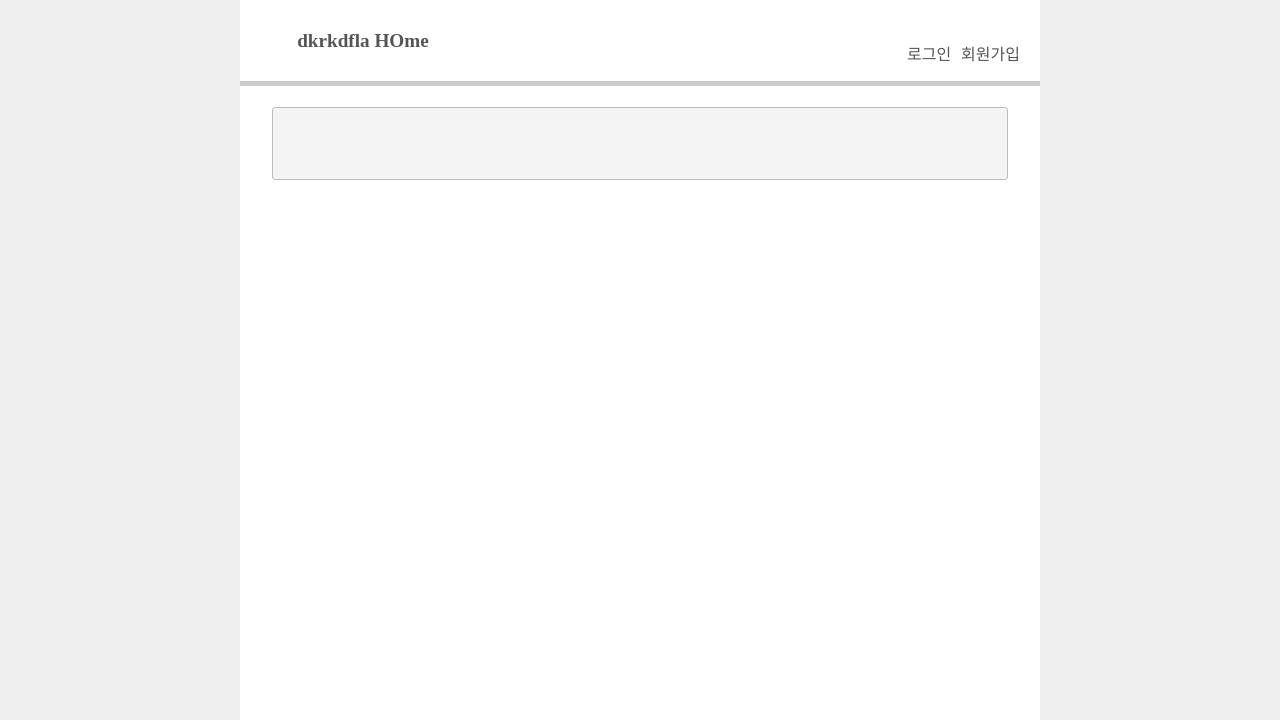
Repository: Dusajang/JSPClass
Page: http://localhost/jspPro/days03/ex02.jsp
The author's editor kept a copy of each file at every save. The page is drawn from the files as they stood at one save, then again after the next save.
The browser window is 1280 px wide. The pictures show the whole page.
Some web fonts or font styles are not loaded; a fallback is used. The page is served by Tomcat 9. Other server files are loaded and not shown.

Above is the page before, as saved 2024-10-17 01:32:17.

### jspPro/src/main/webapp/days03/ex02.jsp
<%@ page contentType="text/html; charset=UTF-8" pageEncoding="UTF-8"%>
<!DOCTYPE html>
<html>
<head>
<meta charset="UTF-8">
<title>Insert title here</title>
<link rel="shortcut icon" type="image/x-icon" href="http://localhost/jspPro/images/SiSt.ico">
<script src="https://ajax.googleapis.com/ajax/libs/jquery/3.7.1/jquery.min.js"></script>
<meta name="viewport" content="width=device-width, initial-scale=1.0">
<meta name="google" content="notranslate">
<link rel="stylesheet" href="http://localhost/jspPro/resources/cdn-main/example.css">
<script src="http://localhost/jspPro/resources/cdn-main/example.js"></script>
<style>
 span.material-symbols-outlined{
    vertical-align: text-bottom;
 }
</style>
</head>
<body>
<header>
  <h1 class="main"><a href="#" style="position: absolute;top:30px;">dkrkdfla HOme</a></h1>
  <ul>
    <li><a href="#">로그인</a></li>
    <li><a href="#">회원가입</a></li>
  </ul>
</header>
<div>
  <xmp class="code">

  </xmp>
</div>
</body>
</html>

### jspPro/src/main/webapp/resources/cdn-main/example.css
@charset "UTF-8";

@import url('https://fonts.googleapis.com/css2?family=Material+Symbols+Outlined:opsz,wght,FILL,GRAD@20..48,100..700,0..1,-50..200');

@font-face {
    font-family: 'GmarketSansMedium';
    src: url('https://cdn.jsdelivr.net/gh/projectnoonnu/noonfonts_2001@1.1/GmarketSansMedium.woff') format('woff');
    font-weight: normal;
    font-style: normal;
}

:root {
	--text-color: #555;
	--sub-text-color: #777;
	--back-color: #EFEFEF;
	--header-color: #444;
	--primary-color: #DEDEDE;
	--secondary-color: #EFEFEF;
	--default-width: 800px;
	--narrow-width: 500px;
	--wide-width: 1200px;
	--text-font: 'GmarketSansMedium';
	--icon-font: 'Material Symbols Outlined';
	--border-color: #CCC;
}

html, body {
	margin: 0;
	padding: 0;
}

html {
	background-color: var(--back-color);
	display: flex;
	justify-content: center;
	min-height: 100vh;
}

body, body.default {
	width: var(--default-width);
	background-color: white;
	padding-bottom: 120px;
}

body.wide {
	width: var(--wide-width);
}

body.narrow {
	width: var(--narrow-width);
}



body, p, div, span, a, input, select, option, textarea, button, table, th, td, label, fieldset, legend {
	font-family: var(--text-font);
	color: var(--text-color);
}

h1, h2, h3 {
	font-family: var(--text-font);
	color: var(--header-color);
	padding: 0 1rem;
	padding-top: .5rem;
}

div > h1, div > h2, div > h3 {
	padding: 0;
}

body > div, body > main > div {
	padding: 0.3rem 1rem;
}


h1 { font-size: 2rem; border-bottom: 1px solid var(--border-color); }
h1 small { font-size: 1.2rem; color: var(--sub-text-color); }
h2 { font-size: 1.5rem; border-bottom: 1px dashed var(--border-color); }
h2 small { font-size: 1.1rem; color: --sub-text-color; }
h3 { font-size: 1.2rem; }
h3 small { font-size: 1rem; color: --sub-text-color; }



h1.main::before {
	font-family: var(--icon-font);
  	content: '\e666';
  	margin-right: 10px;
  	float: left;
	font-size: 2.5rem;
}

h1.sub::before {
	font-family: var(--icon-font);
  	content: '\ea19';
  	margin-right: 10px;
  	float: left;
	font-size: 2.5rem;
}


h1.page::before {
	font-family: var(--icon-font);
  	content: '\e0e0';
  	margin-right: 10px;
  	float: left;
	font-size: 2.5rem;
}

body > header > ul > li > .active{
	background-color: #FFF;
	color:#F00;
}

body > header {
	display: flex;
	justify-content: space-between;
	border-bottom: 5px solid var(--border-color);
	min-height: 74px;
	background-color: #FFF;
}

body > header.sticky {
	position: sticky;
	top: 0;
	z-index: 98;
}

body > header > h1 {
	font-size: 1.2rem;
	border: 0;
}

body > header.in > h1::before {
	font-family: var(--icon-font);
  	content: '\e332‥';
  	margin-right: 3px;
  	float: left;
	font-size: 2rem;
}


body > header > ul {
	list-style-type: none;
	display: flex;
	align-items: flex-end;
	margin-right: 10px;
}

body > header > ul > li {
	margin-right: 10px;
	cursor: pointer;
}

body > header > ul > li > a {
	cursor: pointer;
}


form {
	display: block;
}

form > div {
	padding: 0.3rem 1rem;
}

div > form > div {
	padding: 0.3rem 0;
}

input, textarea, button, select {
	border: 1px solid #BBB;
	border-radius: 3px;
	outline: none;
	resize: none;
	padding: 7px;
	margin: 0;
}

input[type=text]:read-only, textarea:read-only {
	cursor: not-allowed;
	background-color: #FFF;
}

input[type=text]:disabled, textarea:disabled {
	cursor: not-allowed;
	background-color: #EEE;
}

input[type=text], input[type=password], textarea, button, select {
	/* width: 300px; */
}

textarea {
	display: block;
	height: 100px;
}

input[type=button], input[type=submit], button {
	/* width: inherit; */
}

input.short, textarea.short, button.short, select.short {
	width: 100px;
}

input.long, textarea.long, button.long, select.long {
	width: 350px;
}

.narrow input.long, .narrow textarea.long, .narrow button.long, .narrow select.long {
	width: calc(100% - 20px);
}

input.full, textarea.full, button.full, select.full {
	width: calc(100% - 20px);
}

textarea.short {
	height: 50px;
}

textarea.long {
	height: 100px;
}

textarea.full {
	height: 200px;
}

input, textarea {
	padding-top: 8px;
}

input[type=button], input[type=submit], button {
	padding: 5px 10px;
	background-color: var(--secondary-color);
	cursor: pointer;
	min-height: 36px;
}

input[type=button].primary, input[type=submit].primary, button.primary {
	/* background-color: rgba(100, 149, 237, .2); */
	background-color: var(--primary-color);
}

input[type=button].primary:hover, input[type=submit].primary:hover, button.primary:hover {
	/* background-color: rgba(100, 149, 237, .3); */
	background-color: var(--secondary-color);
}

input[type=button]:hover, input[type=submit]:hover, button:hover {
	background-color: var(--primary-color);
}

button {
	position: relative;
	left: 0;
	top: 0;
	padding-left: 35px;
}

button .material-symbols-outlined {
	position: absolute;
	left: 10px;
	top: 4px;
}

/* k2nik add */
button.login::before {
	font-family: var(--icon-font);
  	content: '\ea77';
	position: absolute;
	left: 11px;
	top: 4px;
	font-size: 1.25rem;
}

/* k2nik logout */
button.logout::before {
	font-family: var(--icon-font);
  	content: '\e9ba';
	position: absolute;
	left: 11px;
	top: 4px;
	font-size: 1.25rem;
}

/* k2nik help */
button.help::before {
	font-family: var(--icon-font);
  	content: '\f1c0';
	position: absolute;
	left: 11px;
	top: 4px;
	font-size: 1.25rem;
}

button.add::before{
	font-family: var(--icon-font);
  	content: '\e746';
	position: absolute;
	left: 11px;
	top: 4px;
	font-size: 1.25rem;
}

button.back::before {
	font-family: var(--icon-font);
  	content: '\e166';
	position: absolute;
	left: 11px;
	top: 4px;
	font-size: 1.25rem;
}

button.list::before {
	font-family: var(--icon-font);
  	content: '\e0ee';
	position: absolute;
	left: 11px;
	top: 4px;
	font-size: 1.25rem;
}


button.del::before {
	font-family: var(--icon-font);
  	content: '\e872';
	position: absolute;
	left: 11px;
	top: 4px;
	font-size: 1.25rem;
}


button.edit::before {
	font-family: var(--icon-font);
  	content: '\e745';
	position: absolute;
	left: 11px;
	top: 4px;
	font-size: 1.25rem;
}


button.login::before {
	font-family: var(--icon-font);
  	content: '\ea77';
	position: absolute;
	left: 11px;
	top: 4px;
	font-size: 1.25rem;
}


button.logout::before {
	font-family: var(--icon-font);
  	content: '\e9ba';
	position: absolute;
	left: 11px;
	top: 4px;
	font-size: 1.25rem;
}


button.in::before {
	font-family: var(--icon-font);
  	content: '\f71a';
	position: absolute;
	left: 11px;
	top: 4px;
	font-size: 1.25rem;
}


button.out::before {
	font-family: var(--icon-font);
  	content: '\f70e';
	position: absolute;
	left: 11px;
	top: 4px;
	font-size: 1.25rem;
}


button.reply::before {
	font-family: var(--icon-font);
  	content: '\e15e';
	position: absolute;
	left: 11px;
	top: 4px;
	font-size: 1.25rem;
}


button.comment::before {
	font-family: var(--icon-font);
  	content: '\e0b9';
	position: absolute;
	left: 11px;
	top: 4px;
	font-size: 1.25rem;
}


button.modal::before {
	font-family: var(--icon-font);
  	content: '\e89e';
	position: absolute;
	left: 11px;
	top: 4px;
	font-size: 1.25rem;
}


button.ok::before {
	font-family: var(--icon-font);
  	content: '\e86c';
	position: absolute;
	left: 11px;
	top: 4px;
	font-size: 1.25rem;
}


button.cancel::before {
	font-family: var(--icon-font);
  	content: '\e5c9';
	position: absolute;
	left: 11px;
	top: 4px;
	font-size: 1.25rem;
}

button.search::before {
	font-family: var(--icon-font);
  	content: '\e8b6';
	position: absolute;
	left: 11px;
	top: 4px;
	font-size: 1.25rem;
}

button.home::before {
	font-family: var(--icon-font);
  	content: '\e88a';
	position: absolute;
	left: 11px;
	top: 4px;
	font-size: 1.25rem;
}


button.sidebar::before {
	font-family: var(--icon-font);
  	content: '\f7e4';
	position: absolute;
	left: 11px;
	top: 4px;
	font-size: 1.25rem;
}


button.sidebar-right::before {
	font-family: var(--icon-font);
  	content: '\f7e5';
	position: absolute;
	left: 11px;
	top: 4px;
	font-size: 1.25rem;
}




button::before {
	font-family: var(--icon-font);
  	content: '\e323';
	position: absolute;
	left: 11px;
	top: 4px;
	font-size: 1.25rem;
}


table {
	border-collapse: collapse;
	margin: 1rem;
	box-sizing: border-box;
	width: calc(100% - 32px);
}

table.content {
	width: auto;
}

div > table {
	margin: 0;
}

table th, table td {
	border: 1px solid var(--border-color);
	padding: 7px;
	font-weight: normal;
}

table th {
	background-color: var(--back-color);
}

table.vertical th {
	width: 150px;
}

table.vertical td {
	width: calc(100% - 182px);
	padding-left: 10px;
}

table.content td, table.content th {
	width: auto;
}

body.narrow table.vertical th {
	width: 100px;
}

body.narrow table.vertical td {
	width: calc(100% - 182px);
}


table + table {
	margin-top: 30px;
}


p {
	padding: 0 1rem;
}

a {
	text-decoration: none;
}

a:hover {
	color: rgba(255, 99, 71, .7);
}

hr {
	border: 0;
	border-top: 1px solid var(--border-color);
	margin: 2rem 0;
}

.message {
	border: 1px solid var(--border-color);
	background-color: #EFEFEF;
	margin: 1rem;
	width: auto;
	padding-top: 10px;
	padding-bottom: 10px;
	font-size: 14px;
}

.message[title]::before {
	content: attr(title);
	display: block;
	border-bottom: 1px solid var(--border-color);
	padding-bottom: 5px;
	margin-bottom: 10px;
	margin-top: 7px;
}

.message.short {
	max-width: 250px;
}

.message.long {
	max-width: 500px;
}

.badge {
	float: right;
	font-size: .8rem;
	margin-top: 2px;
	margin-right: 2px;
	text-shadow: 0 0 7px gray;
}

.badge.left {
	float: none;
	margin-left: 2px;
}

.badge.right {
	float: right;
}

.badge.red {
	border-radius: 50%;
	padding: 2px 5px;
	background-color: rgb(255, 99, 71, .3);
}

.badge.yellow {

	border-radius: 50%;
	padding: 2px 5px;
	background-color: rgb(255, 215, 0, .5);
}

.badge.blue {
	border-radius: 50%;
	padding: 2px 5px;
	background-color: rgb(100, 149, 237, .3);
}

label + label {
	margin-left: 7px;
}

label input[type=checkbox], label input[type=radio] {
	transform: translate(0, 1px);
}

.group {
	display: flex;
}

.modal-content .group {
	margin-bottom: .5rem;
}

.group label {
	border: 1px solid #BBB;
	border-radius: 3px;
	outline: none;
	resize: none;
	padding: 7px 14px;
	margin: 0;
	border-top-right-radius: 0;
	border-bottom-right-radius: 0;
	background-color: #EFEFEF;
	white-space: nowrap;
	font-size: 14px;
}

.group input[type=text] {
	margin-left: -1px;
	border-top-left-radius: 0;
	border-bottom-left-radius: 0;
}

.group select {
	margin-left: -1px;
	border-top-left-radius: 0;
	border-bottom-left-radius: 0;
}

.group input.full[type=text] {
	margin-left: -1px;
	border-top-left-radius: 0;
	border-bottom-left-radius: 0;
	width: 100%;
}

.group input[type=button]:first-child, .group button:first-child {
	border-top-left-radius: 3px;
	border-bottom-left-radius: 3px;
	margin-left: 0px;
}

.group input[type=button], .group button {
	border-radius: 0;
	margin-left: -1px;
}

.group input[type=button]:last-child, .group button:last-child {
	margin-left: -1px;
	border-top-right-radius: 3px;
	border-bottom-right-radius: 3px;
}

.seperate {
	display: flex;
	justify-content: space-between;
}

div.list {
	width: max-content;
	margin: 1rem;
	border: 1px solid #BBB;
	border-radius: 3px;
	padding: 0;
}

div.list.full {
	width: auto;
	display: block;
	margin: 1rem;
	border: 1px solid #BBB;
	border-radius: 3px;
	padding: 0;
}

div.list > div {
	padding: .5rem 1rem;
	margin: 0;
	border-bottom: 1px solid #BBB;
}

div.list > div:last-child {
	border-bottom: 0;
}

pre.code , xmp.code{
	font-family: consols;
	background-color: rgba(150, 150, 150, .1);
	border: 1px solid #BBB;
	border-radius: 3px;
	padding: .5rem 1rem;
	padding-bottom: .6rem;
	margin: 1rem;
}




*[data-modal-window] {
	position: fixed;
	background-color: rgba(0, 0, 0, .3);
	left: 0;
	top: 0;
	display: none;
	justify-content: center;
	align-items: flex-start;
	width: 100%;
	min-height: 100vh;
	z-index: 100;
	opacity: 0;
	transition: 500ms all;
}

*[data-modal-window] .modal-container {
	border-radius: 5px;
	padding: 1rem;
	padding-bottom: .5rem;
	margin-top: -500px;
	opacity: 0;
	width: 500px;
	background-color: #FFF;
	margin-right: 2rem;
	transition: 500ms all;
}

*[data-modal-size=content] .modal-container {
	width: auto;
}

*[data-modal-size=narrow] .modal-container {
	width: 300px;
}

*[data-modal-size=wide] .modal-container {
	width: 760px;
}


*[data-modal-window] .modal-header {
	border-bottom: 1px solid var(--border-color);
	padding: 2px 5px;
}

*[data-modal-window] .modal-content {
	padding: 1rem 5px;
}

*[data-modal-window] .modal-content div:last-child {
	margin-top: 1rem;
	text-align: right;
}



*[data-sidebar-window] {
	position: fixed;
	background-color: #FFF;
	left: 0;
	top: 0;
	display: block;
	width: 300px;
	border-right: 1px solid var(--border-color);
	box-sizing: border-box;
	box-shadow: 0 0 3px var(--back-color);
	min-height: 100vh;
	z-index: 99;
	transform: translate(-300px, 0);
	transition-duration: 500ms;
	transition-property: transform;
}

*[data-sidebar-direction=right] {
	left: auto;
	right: 0;
	transform: translate(300px, 0);
	border-left: 1px solid var(--border-color);
}

*[data-sidebar-size=wide] {
	width: 500px;
	transform: translate(-500px, 0);
}

*[data-sidebar-window] .sidebar-title {
	border-bottom: 1px solid var(--border-color);
	margin-top: 20px;
	margin-bottom: 20px;
	padding-bottom: 5px;
	display: flex;
	justify-content: space-between;
}

*[data-sidebar-window] .sidebar-title span:last-child {
	cursor: pointer;
}


/* K2Nik pagination */
.center {
  text-align: center;
}

.pagination {
  display: inline-block;
}

.pagination a {
  color: black;
  float: left;
  padding: 3px 6px;
  text-decoration: none;
  transition: background-color .3s;
  border: 1px solid #ddd;
  margin: 0 3px;
}

.pagination a.active {
  background-color: #4CAF50;
  color: white;
  border: 1px solid #4CAF50;
}

.pagination a:hover:not(.active) {background-color: #ddd;}

### jspPro/src/main/webapp/resources/cdn-main/example.js

window.onload = () => {

    const list = document.querySelectorAll('input, textarea');

    list.forEach(item => {
        item.setAttribute('autocomplete', 'off');
    });


    const modal_btn_list = document.querySelectorAll('*[data-modal-button]');

    modal_btn_list.forEach(item => {
        item.onclick = function() {

            const name = this.dataset['modalButton'];
            const modal_window = document.querySelector('*[data-modal-window=' + name);

            const container = document.createElement('div');
            container.className = 'modal-container';



            const modal_header = document.createElement('div');
            modal_header.textContent = modal_window.dataset['modalTitle'];
            modal_header.className = 'modal-header';
            container.appendChild(modal_header);

            const modal_content = document.createElement('div');
            modal_content.className = 'modal-content';
            container.appendChild(modal_content);

            Array.from(modal_window.childNodes).forEach(item => {
                modal_content.appendChild(item);
            });

            modal_window.appendChild(container);

            modal_window.style.display = 'flex';

            setTimeout(() => {
                modal_window.style.opacity = 1;
                container.style.marginTop = '20px';
                container.style.opacity = 1;
            }, 50);


            const modal_ok = document.querySelector('*[data-modal-ok=' + name);
            modal_ok.addEventListener('click', function() {
                modal_window.style.opacity = 0;
                container.style.marginTop = '-500px';
                container.style.opacity = 0;

                setTimeout(() => {
                    modal_window.innerHTML = modal_content.innerHTML;
                    modal_window.style.display = 'none';
                }, 500);

            });

            const modal_cancel = document.querySelector('*[data-modal-cancel=' + name);
            modal_cancel.addEventListener('click', function() {

                modal_window.style.opacity = 0;
                container.style.marginTop = '-500px';
                container.style.opacity = 0;

                setTimeout(() => {
                    modal_window.innerHTML = modal_content.innerHTML;
                    modal_window.style.display = 'none';
                }, 500);
            });


        };
    });


    const sidebar_btn_list = document.querySelectorAll('*[data-sidebar-button]');

    sidebar_btn_list.forEach(item => {
        item.onclick = function() {



            const name = this.dataset['sidebarButton'];
            const sidebar_window = document.querySelector('*[data-sidebar-window=' + name);

            if (sidebar_window.style.transform == 'translate(0px, 0px)') return;



            sidebar_window.style.transform = 'translate(0, 0)';

            const sidebar_title = document.createElement('div');
            sidebar_title.className = 'sidebar-title';
            sidebar_title.innerHTML = '<span>' + sidebar_window.dataset['sidebarTitle'] + '</span><span class="material-symbols-outlined">close</span>';

            sidebar_title.children[1].onclick = function() {

                let sign = 1;
                let distance = 300;

                if (sidebar_window.dataset['sidebarDirection'] != 'right') {
                    sign = -1;
                } else {
                    sign = 1;
                }

                if (sidebar_window.dataset['sidebarSize'] != 'wide') {
                    distance = 300;
                } else {
                    distance = 500;
                }

                distance *= sign;

                sidebar_window.style.transform = 'translate(' + distance + 'px, 0)';

                setTimeout(function() {
                    sidebar_window.removeChild(sidebar_window.children[0]);
                }, 500);
            };


            sidebar_window.prepend(sidebar_title);

        }
    });

};

// window.onkeydown = function(event) {

//     if (event.keyCode == 27) {
//         if (document.querySelector('[data-modal-window').style.display == 'flex') {
//             document.querySelector('[data-modal-window').style.display = 'none';
//         }
//     }

// };

After the next save:
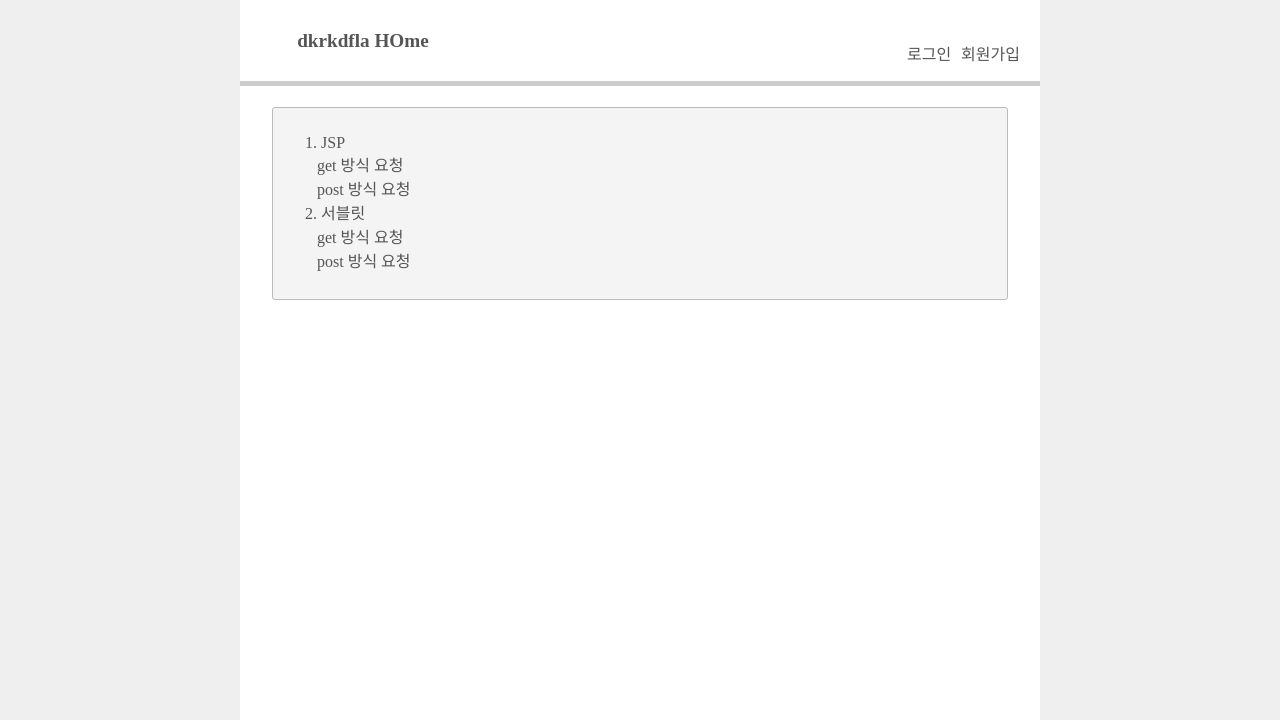
Saved 9 min 30 s later.
--- a/jspPro/src/main/webapp/days03/ex02.jsp
+++ b/jspPro/src/main/webapp/days03/ex02.jsp
@@ -26,7 +26,12 @@
 </header>
 <div>
   <xmp class="code">
-
+    1. JSP
+       get 방식 요청
+       post 방식 요청
+    2. 서블릿
+       get 방식 요청
+       post 방식 요청
   </xmp>
 </div>
 </body>
